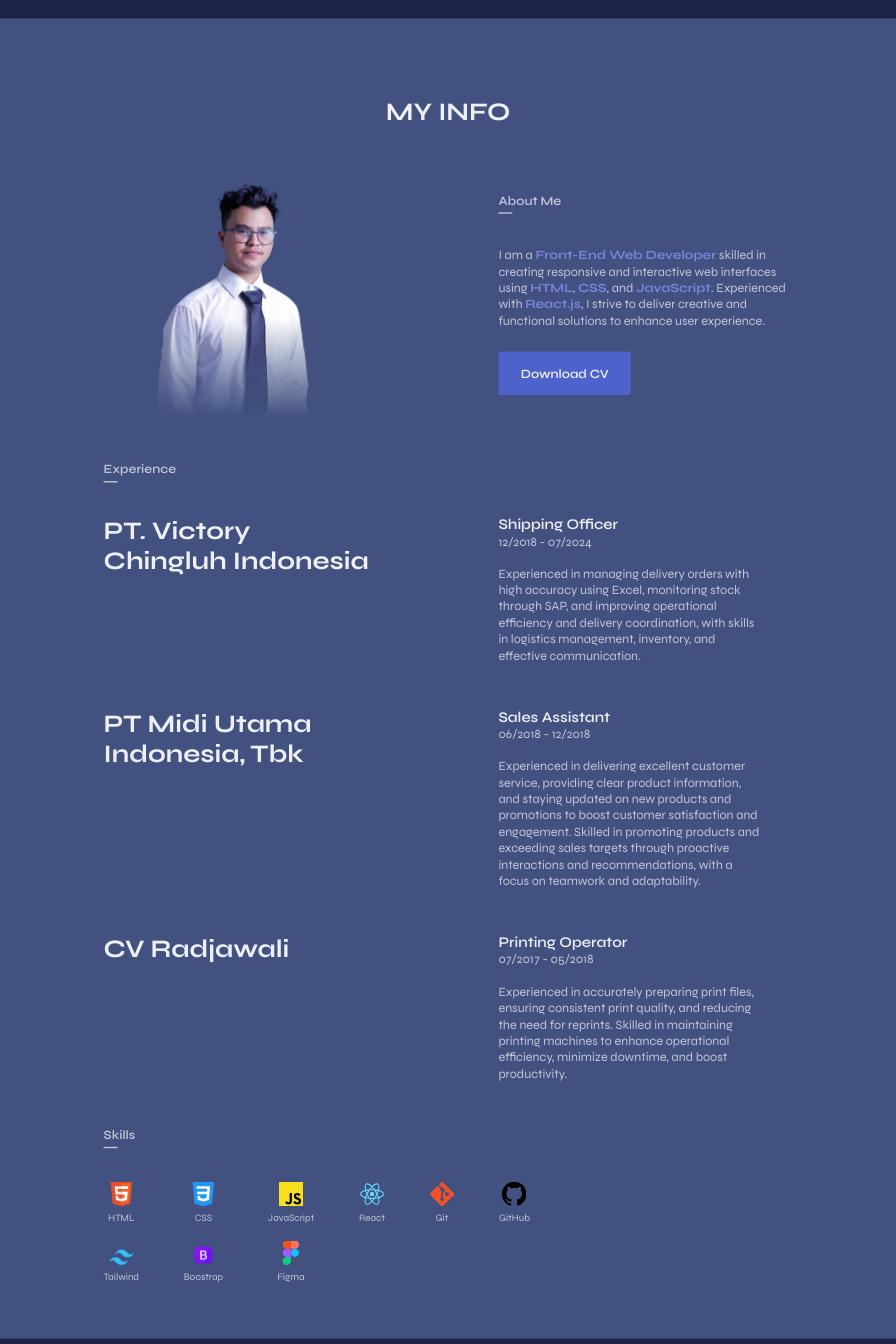
Repository: Ademaulana100499/portofolio
Page: index.html
The author's editor kept a copy of each file at every save. The page is drawn from the files as they stood at one save, then again after the next save.
The browser window is 1280 px wide. The pictures show the part of the page from y = 2695 to 4615 px (the page is 6327 px tall before and 6336 px after), at 70% of full size.
A picture or video elsewhere on the page could not be fetched, so the positions and the page height are approximate. Some web fonts or font styles are not loaded; a fallback is used.

Above is the page before, as saved 2024-12-02 13:16:48.

After the next save:
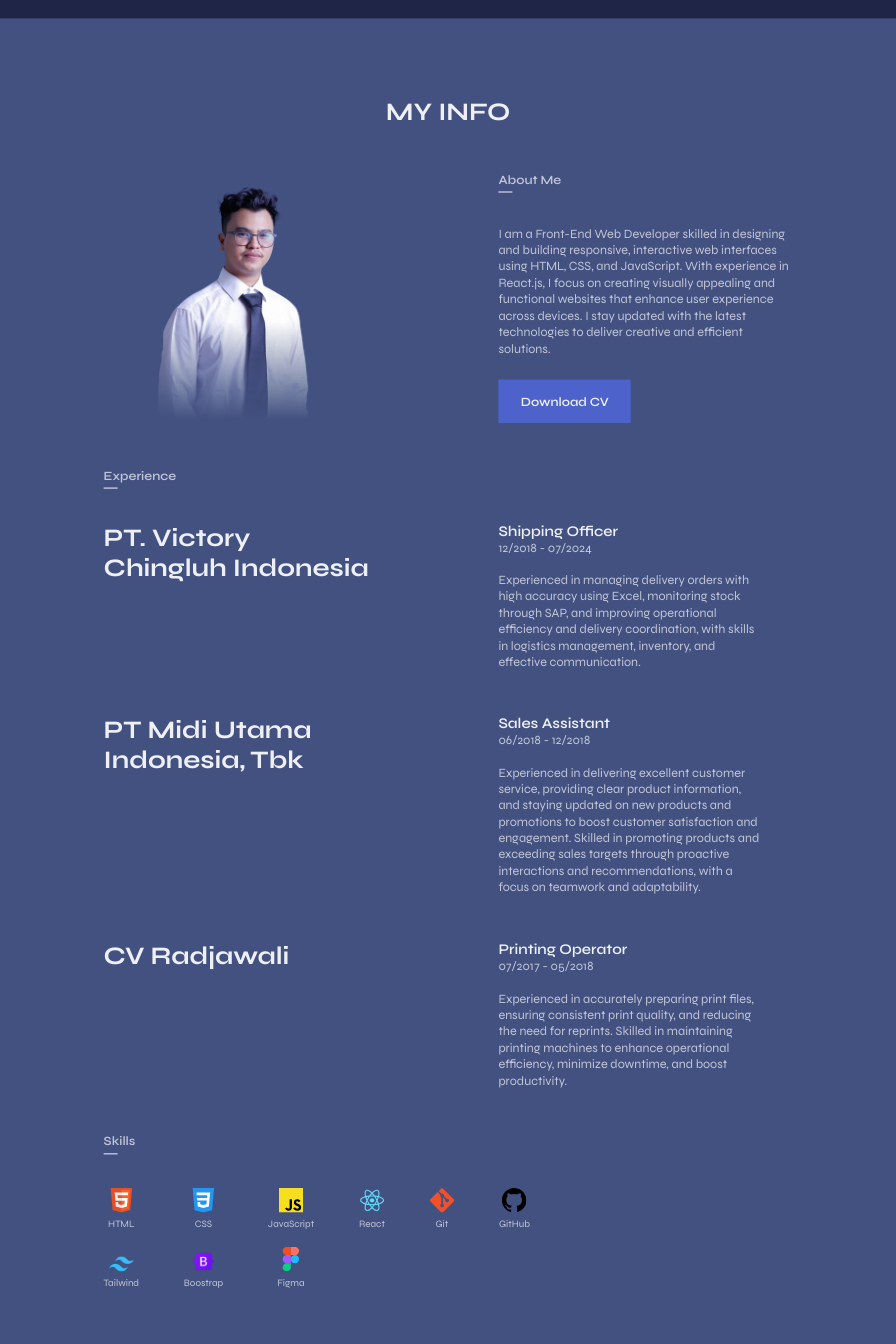
Saved 3 min 51 s later.
--- a/index.html
+++ b/index.html
@@ -173,11 +173,12 @@
             <div class="about__content">
               <h3 class="info__title">About Me</h3>
               <p class="about__description">
-                I am a <b>Front-End Web Developer</b> skilled in creating
-                responsive and interactive web interfaces using <b>HTML</b>,
-                <b>CSS</b>, and <b>JavaScript</b>. Experienced with
-                <b>React.js</b>, I strive to deliver creative and functional
-                solutions to enhance user experience.
+                I am a Front-End Web Developer skilled in designing and building
+                responsive, interactive web interfaces using HTML, CSS, and
+                JavaScript. With experience in React.js, I focus on creating
+                visually appealing and functional websites that enhance user
+                experience across devices. I stay updated with the latest
+                technologies to deliver creative and efficient solutions.
               </p>
               <a
                 href="assets/pdf/CV Ade Maulana.pdf"
